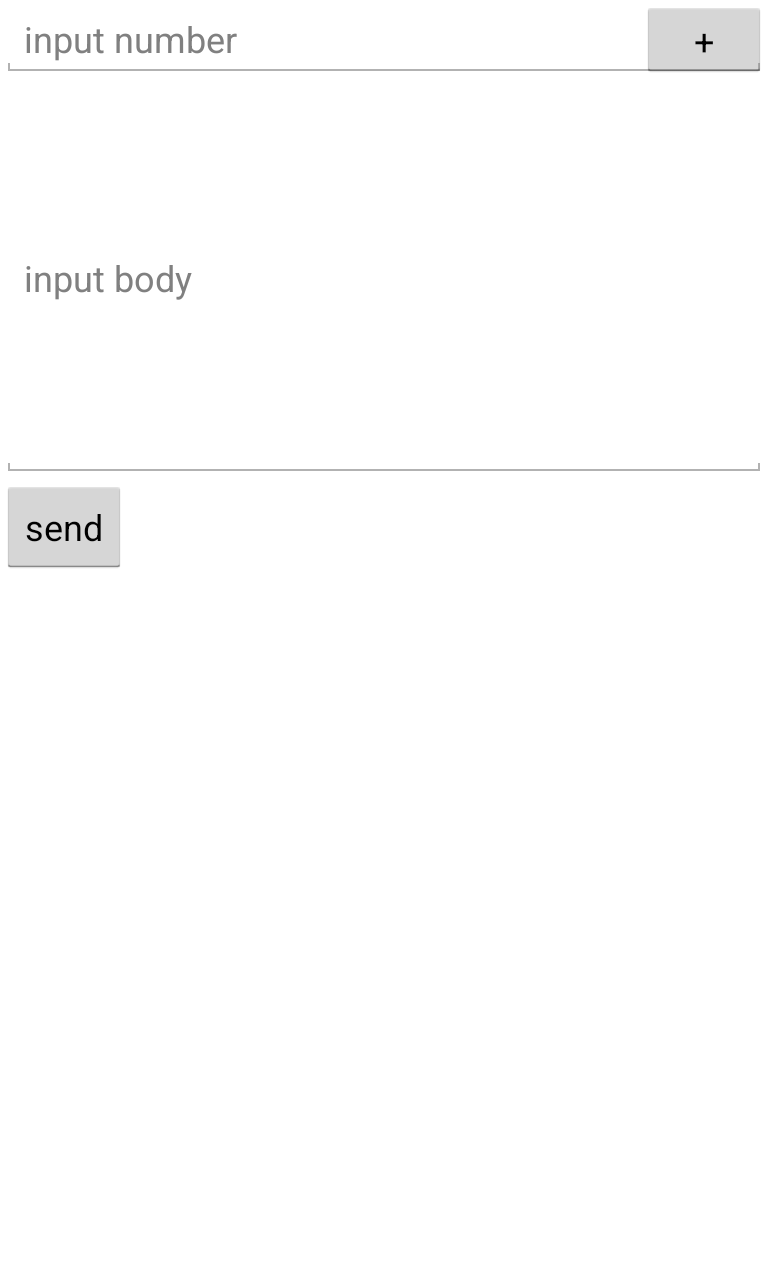
Repository: whoami-I/android
Layout: Activity/SendMessage/res/layout/activity_main.xml
These files come from the project's save history. The layout is drawn as it stood at one moment and after the next save; the edit follows.
It is drawn on a 768 x 1280 px phone screen (xhdpi) without system bars, with theme AppTheme; the app's code is not run.

Above is the layout before, as saved 2018-11-02 06:47:00.

### Activity/SendMessage/res/layout/activity_main.xml
<LinearLayout xmlns:android="http://schemas.android.com/apk/res/android"
    xmlns:tools="http://schemas.android.com/tools"
    android:layout_width="match_parent"
    android:layout_height="match_parent"
    android:orientation="vertical" >

    <RelativeLayout
        android:layout_width="match_parent"
        android:layout_height="wrap_content" >

        <EditText
            android:id="@+id/et_number"
            android:layout_width="match_parent"
            android:layout_height="wrap_content"
            android:hint="input number" />

        <Button
            android:id="@+id/btn_add"
            android:layout_width="wrap_content"
            android:layout_height="wrap_content"
            android:layout_alignBottom="@id/et_number"
            android:layout_alignParentRight="true"
            android:text="+" />
    </RelativeLayout>

    <EditText
        android:id="@+id/et_smsBody"
        android:layout_width="match_parent"
        android:layout_height="200dp"
        android:hint="input body" />

    <Button
        android:layout_width="wrap_content"
        android:layout_height="wrap_content"
        android:onClick="click_add"
        android:text="send" />

</LinearLayout>

Loaded but not shown: Activity/SendMessage/res/values/styles.xml (common file); Activity/SendMessage/res/values-v11/styles.xml (common file); Activity/SendMessage/res/values-v14/styles.xml (common file)

After the next save:
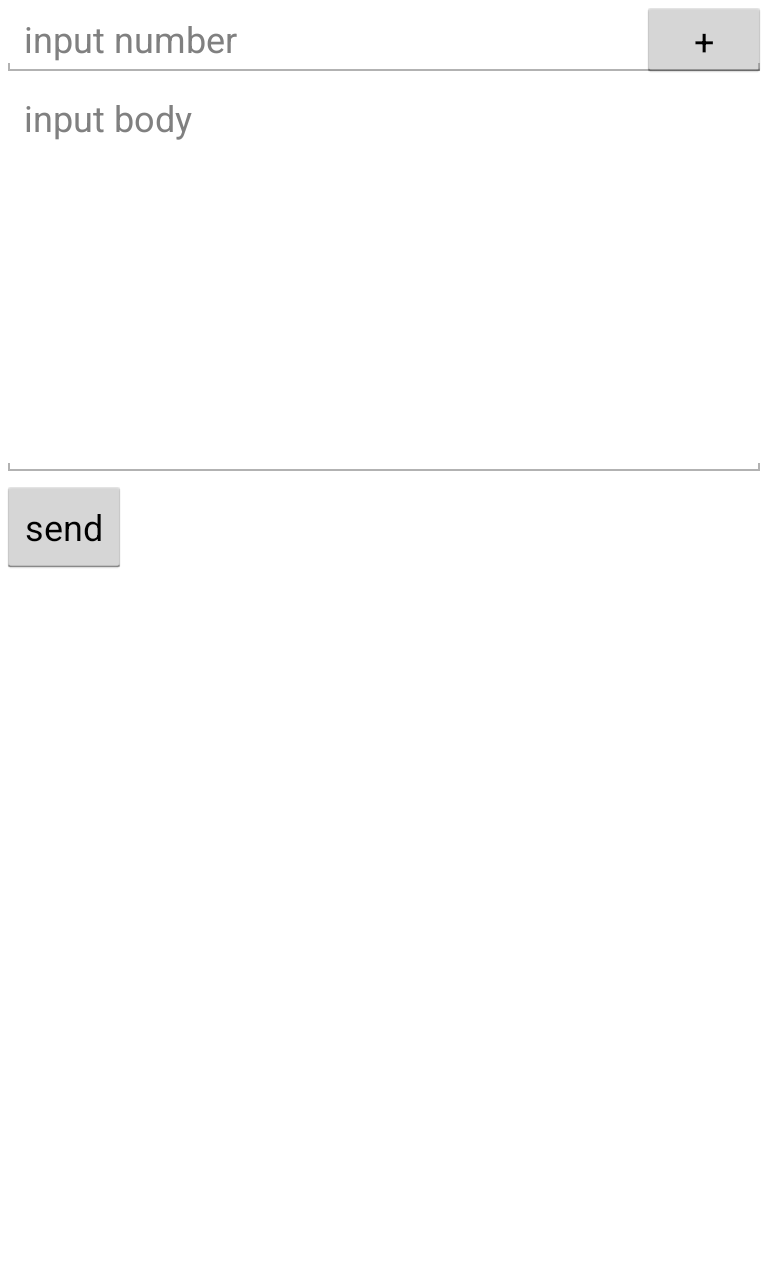
Saved 18 s later.
--- a/Activity/SendMessage/res/layout/activity_main.xml
+++ b/Activity/SendMessage/res/layout/activity_main.xml
@@ -27,6 +27,7 @@
         android:id="@+id/et_smsBody"
         android:layout_width="match_parent"
         android:layout_height="200dp"
+        android:gravity="top"
         android:hint="input body" />
 
     <Button
